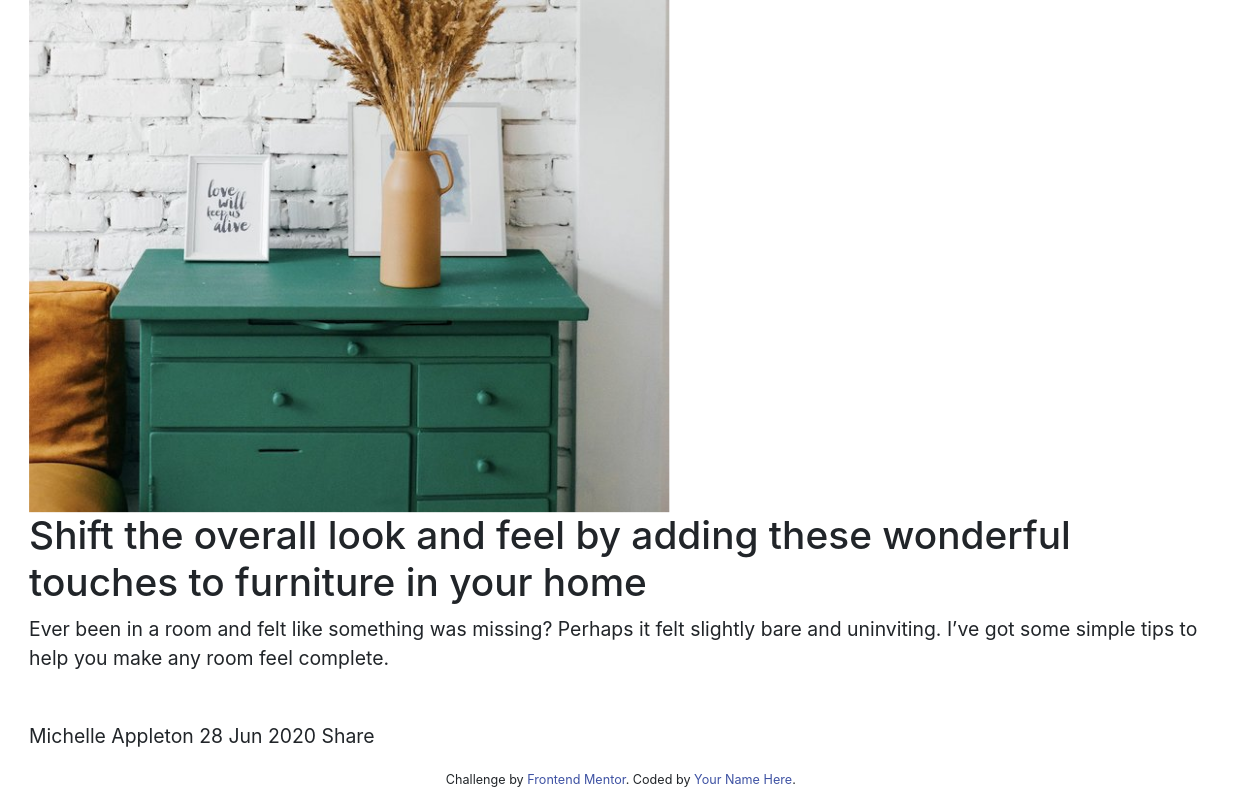
Repository: timiodulate/Article-Preview-Component
Page: index.html
These files come from the project's save history. The page is drawn as it stood at one moment and after a run of saves; the edit follows.
The browser window is 1280 px wide. The pictures show the whole page, at 97% of full size.

Above is the page before, as saved 2020-07-11 11:12:33.

After the next 2 saves:
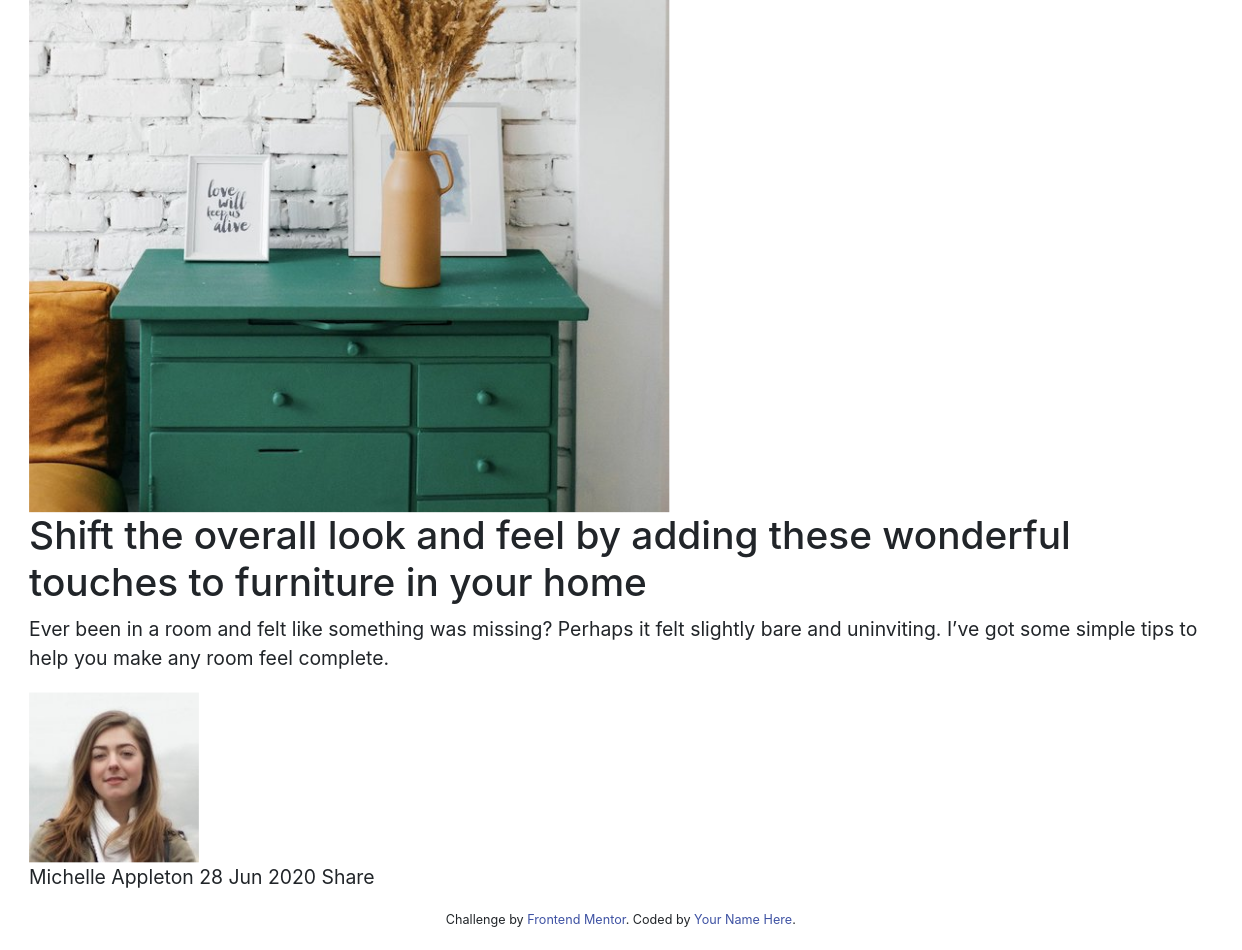
The 2 saves are shown as one change because they came seconds apart.
The last was saved 5 s later.
--- a/index.html
+++ b/index.html
@@ -31,7 +31,7 @@
           to help you make any room feel complete.
         </p>
         <div class="userDetails">
-          <img src="./" alt="">
+          <img src="./images/avatar-michelle.jpg" alt="">
         </div>
       </div>
 
